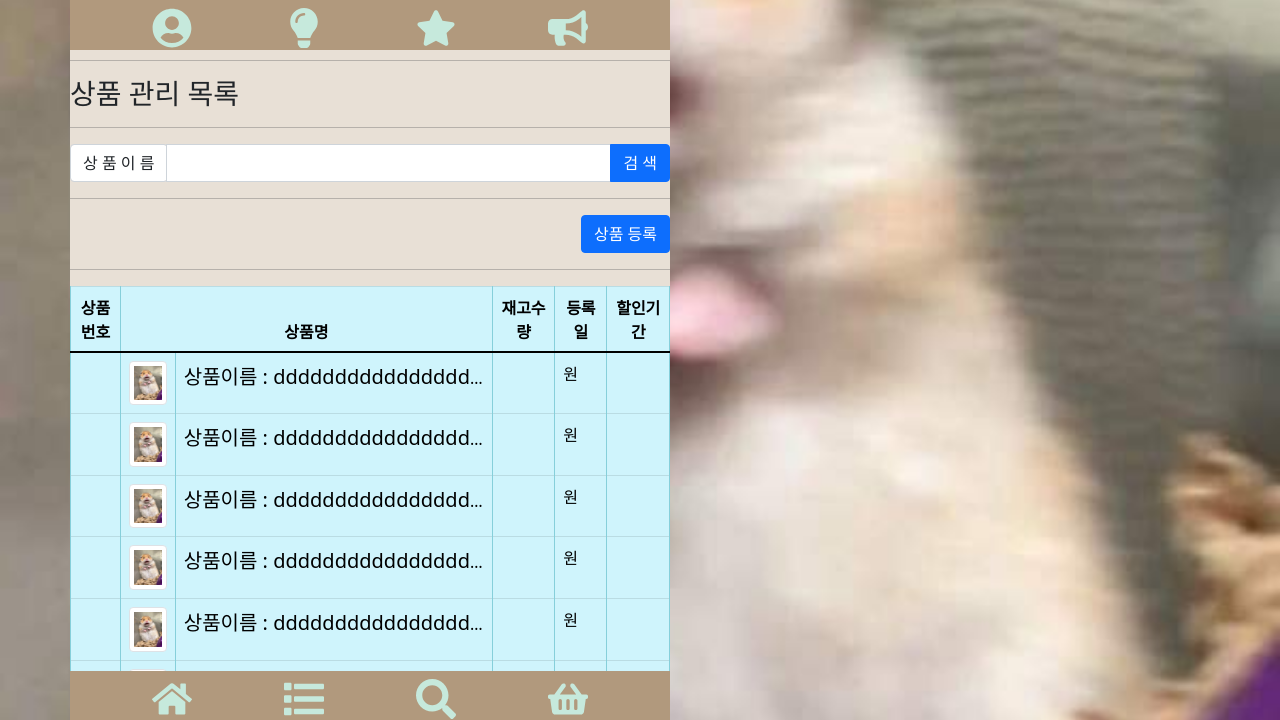
Repository: heegyu97/project
Page: http://localhost/0801_mvc2/WEB-INF/views/seller/productList.jsp
The author's editor kept a copy of each file at every save. The page is drawn from the files as they stood at one save, then again after a run of saves.
The browser window is 1280 px wide. The pictures show the whole page.
An inner scrolling area shows only its first screen. Some web libraries are served in a nearby version. The page is served by Tomcat 9. Nobody is signed in. Other server files are loaded and not shown. The template is opened directly, without the code that normally fills it, so the values that code supplies are empty.

Above is the page before, as saved 2022-08-11 08:35:01.

### 0801_mvc2/src/main/webapp/WEB-INF/views/seller/productList.jsp
<%@ page language="java" contentType="text/html; charset=UTF-8"
    pageEncoding="UTF-8"%>
<%@ taglib uri="http://java.sun.com/jsp/jstl/core" prefix="c" %>
<html>
	<head>
		<meta charset="UTF-8">
		<title> 상품 목록 </title>
		<script src="https://ajax.googleapis.com/ajax/libs/jquery/3.6.0/jquery.min.js"></script>
		<%@ include  file ="/WEB-INF/views/style_link.jsp" %>
		<style type="text/css">
		div.pname{
			width: 300px;
			white-space: nowrap;
		 	overflow: hidden;
 			text-overflow: ellipsis;
		}
		a{
			text-decoration : none;
			color: black;
			font-size: 25px;
		}
		</style>
	</head>
	<body>
	<%@ include file="/WEB-INF/views/header.jsp" %>
		<hr>
		<h3> 상품 관리 목록 </h3>
		<hr>
		<form action="${pageContext.request.contextPath}/product/list" method="get">
			<div class="input-group">
				<div class="input-group-prepend">
					<select class="form-control" id="searchOption" name="searchOption">
						<option value="prdt_name"
							<c:if test="${search_dto.searchOption == 'prdt_name'}">selected="selected"</c:if>
						> 상 품 이 름 </option>
						<option value="mid"
							<c:if test="${search_dto.searchOption == 'mid'}">selected="selected"</c:if>
						> 판 매 자 </option>
					</select>
				</div>
				<input type="text" class="form-control" id="searchWord" name="searchWord"
						value="${search_dto.searchWord}">
				<div class="input-group-append">
					<button type="submit" class="btn btn-primary"> 검 색 </button>
				</div>
			</div>
		</form>
		<hr>
		<div class="clearfix">
			<a href="${pageContext.request.contextPath}/seller/form">
				<button class="btn btn-primary float-right"> 상품 등록 </button>
			</a>
		</div>
		<hr>
		<table class="table table-hover table-bordered table-info">
			<col class="col-1">
			<thead style="text-align: center;">
				<tr>
					<th>상품번호</th>	<th colspan="2">상품명</th>
					<th>재고수량</th> <th>등록일</th> <th>할인기간</th>
				</tr>
			</thead>
			<tbody>
<%-- 				<c:forEach var="dto" items="${list}"> --%>
				<c:forEach  begin="1" end="10">
					<tr onclick="location.href='${pageContext.request.contextPath}/guest/detail'" style="cursor: pointer">
						<td><%-- 상품번호 --%>
						</td>
						<td ><%-- 썸네일 ${dto.thumbnail_path} --%>
								<img src="${pageContext.request.contextPath}/resources/img/bg.jpeg"
									width="50px" height="50px" class="img-thumbnail ">
							</a>
						</td>
						<td>
							<div class="pname">
								<a href="${pageContext.request.contextPath}/guest/detail" style="font-size: 20px">
									상품이름 : ddddddddddddddddddddddddddddddd
								</a>
							</div>

						</td>
						<td>

							<a href="${pageContext.request.contextPath}/product/detail?prdt_no=${dto.prdt_no}">
								${dto.prdt_name}
							</a>
						</td>
						<td><%--  --%>
							${dto.sale_price} 원
						</td>
						<td>${dto.mid}</td>
					</tr>
				</c:forEach>
			</tbody>
		</table>
		<hr>
		<%-- 페이징 --%>
		<ul class="pagination">
			<c:if test="${startPageNum > 10}">
				<li class="page-item mx-auto">
					<a class="page-link"
						href="${pageContext.request.contextPath}/product/list?userWantPage=${startPageNum-1}&searchOption=${search_dto.searchOption}&searchWord=${search_dto.searchWord}">
						Previous
					</a>
				</li>
			</c:if>
			<c:forEach var="page_no" begin="${startPageNum}" end="${endPageNum}">
				<c:choose>
					<c:when test="${page_no == userWantPage}">
						<li class="page-item active mx-auto">
							<a class="page-link">${page_no}</a>
						</li>
					</c:when>
					<c:otherwise>
						<li class="page-item mx-auto">
							<a class="page-link"
								href="${pageContext.request.contextPath}/product/list?userWantPage=${page_no}&searchOption=${search_dto.searchOption}&searchWord=${search_dto.searchWord}">
								${page_no}
							</a>
						</li>
					</c:otherwise>
				</c:choose>
			</c:forEach>
			<c:if test="${lastPageNum > endPageNum}">
				<li class="page-item mx-auto">
					<a class="page-link"
						href="${pageContext.request.contextPath}/product/list?userWantPage=${endPageNum+1}&searchOption=${search_dto.searchOption}&searchWord=${search_dto.searchWord}">
						Next
					</a>
				</li>
			</c:if>
		</ul>
		<hr>
	<%@ include file="/WEB-INF/views/footer.jsp" %>
	</body>
</html>

### 0801_mvc2/src/main/webapp/WEB-INF/views/style_link.jsp
<%@ page language="java" contentType="text/html; charset=UTF-8"
    pageEncoding="UTF-8"%>
<%@ taglib uri="http://java.sun.com/jsp/jstl/core" prefix="c" %>

<script
	src="https://ajax.googleapis.com/ajax/libs/jquery/3.6.0/jquery.min.js"></script>
<link rel="stylesheet"
	href="https://cdn.jsdelivr.net/npm/bootstrap@4.6.1/dist/css/bootstrap.min.css">
<script
	src="https://cdn.jsdelivr.net/npm/popper.js@1.16.1/dist/umd/popper.min.js"></script>
<script
	src="https://cdn.jsdelivr.net/npm/bootstrap@4.6.1/dist/js/bootstrap.bundle.min.js"></script>
<!-- ckeditor -->
<script src="//cdn.ckeditor.com/4.19.0/full/ckeditor.js"></script>
<!-- bootstrap to icon -->
<script defer
	src="https://use.fontawesome.com/releases/v5.0.8/js/solid.js"
	integrity="sha384-+Ga2s7YBbhOD6nie0DzrZpJes+b2K1xkpKxTFFcx59QmVPaSA8c7pycsNaFwUK6l"
	crossorigin="anonymous"></script>
<script defer
	src="https://use.fontawesome.com/releases/v5.0.8/js/fontawesome.js"
	integrity="sha384-7ox8Q2yzO/uWircfojVuCQOZl+ZZBg2D2J5nkpLqzH1HY0C1dHlTKIbpRz/LG23c"
	crossorigin="anonymous"></script>
<link
	href="https://cdn.jsdelivr.net/npm/bootstrap@5.0.2/dist/css/bootstrap.min.css"
	rel="stylesheet"
	integrity="sha384-EVSTQN3/azprG1Anm3QDgpJLIm9Nao0Yz1ztcQTwFspd3yD65VohhpuuCOmLASjC"
	crossorigin="anonymous">
<!-- main 기준 공용 -->
<link rel="stylesheet"
	href= "${pageContext.request.contextPath}/resources/E1I3/CSS/style_share.css">
<!-- nav 버튼 사이 거리 조정 -->
<link rel="stylesheet"
	href="${pageContext.request.contextPath}/resources/E1I3/CSS/style_hf.css">

<!-- 0811에 추가 -->
<%@ taglib prefix="fmt" uri="http://java.sun.com/jsp/jstl/fmt" %>

### 0801_mvc2/src/main/webapp/WEB-INF/views/header.jsp
<%@ page language="java" contentType="text/html; charset=UTF-8"
	pageEncoding="UTF-8"%>
<%@ taglib uri="http://java.sun.com/jsp/jstl/core" prefix="c"%>
<div class="container">
	<div class="row">
		<div id="aaa" class="col-lg-6 ">
			<iframe id="bbb" name="adver-frame"
				src="${pageContext.request.contextPath}/adver"></iframe>
		</div>


		<!-- 화면 나누기 :home 화면 오른쪽 : iframe to main -->
		<div id="ccc" class="col-lg-6">
			<!-- footer col6 -->
			<div class="nav">
				<!-- MENU -->
				<section class="servics">
					<div class="icons">
						<div class="child icon1">
							<a class="nav-link" href="${pageContext.request.contextPath}/loginform">
								<i class="fa fa-user-circle" style="width:40px; height:40px; color: #C6E9DC" ></i>
							</a>
						</div>
						<div class="child icon2">
							<a class="nav-link" href="${pageContext.request.contextPath}/tip/tip">
								<i class="fa fa-lightbulb" style="width:40px; height:40px; color: #C6E9DC" ></i>
							</a>
						</div>
						<div class="child icon3">
							<a class="nav-link" href="${pageContext.request.contextPath}/home">
								<i class="fa fa-star" style="width:40px; height:40px; color: #C6E9DC" ></i>
							</a>
						</div>
						<div class="child icon4">
							<a class="nav-link"
								href="${pageContext.request.contextPath}/home"> <i
								class="fa fa-bullhorn" style="width:40px; height:40px; color: #C6E9DC" ></i>
							</a>
						</div>
					</div>
				</section>

			</div>
			<main>
				<!-- 여백 -->
				<h3 style="margin-bottom: 60px"></h3>

### 0801_mvc2/src/main/webapp/WEB-INF/views/footer.jsp
<%@ page language="java" contentType="text/html; charset=UTF-8"
	pageEncoding="UTF-8"%>
<h3 style="margin-top: 60px"></h3>
</main>
<div class="nav" style="bottom: -1px;">
	<!-- MENU -->
	<section class="servics">
		<div class="icons">
			<div class="child icon1">
				<a class="nav-link" href="${pageContext.request.contextPath}/home">
				   <i class="fa fa-home"  style="width:40px; height:40px; color: #C6E9DC" ></i>
				</a>
			</div>
			<div class="child icon2">
				<a class="nav-link" href="${pageContext.request.contextPath}/home">
					<i class="fa fa-list"  style="width:40px; height:40px; color: #C6E9DC" ></i>
				</a>
			</div>
			<div class="child icon3">
				<a class="nav-link" href="${pageContext.request.contextPath}/home">
					<i class="fa fa-search"  style="width:40px; height:40px; color: #C6E9DC" ></i>
				</a>
			</div>
			<div class="child icon4">
				<a class="nav-link" href="${pageContext.request.contextPath}/home">
					<i class="fa fa-shopping-basket"  style="width:40px; height:40px; color: #C6E9DC" ></i>
				</a>
			</div>
		</div>
	</section>

</div>
</div>
<!-- col6 -->
</div>
<!-- row  -->
</div>
<!-- contain  -->

### 0801_mvc2/src/main/webapp/resources/E1I3/CSS/style_share.css
@charset "UTF-8";

.servics{
   width: 100%;
   text-align: center;
}
.icons{
	display: flex;
	justify-content: center;
}
.child{
	text-align: center;
}

main{
	width : 600px;
}
.nav{
		display : inline-block;
		width : 600px;
		height : 50px;
		z-index: 2;
		background-color: #B1997D;
		position: fixed;

}
main{
	width : 600px;
}

body{
	background-image: url('${pageContext.request.contextPath}/resources/img/bg.jpeg');
	background-repeat: no-repeat;
 	background-position: center;
	background-size: cover;
}


#adver-frame {width : 100%;height : 100%}
	@media only screen and (max-width : 1400px ){
	#aaa{
		display: none;
	}

}


#ccc{
	display : inline-block;
  	height: 100vh;
  	background-color : #E8E0D6;
}

::-webkit-scrollbar {
	display: none;
}


#bbb,#ccc {

  	padding: 0px;
  	margin: 0px;
 	overflow: auto;
	width: 600px;
	min-width: 600px;
}
#bbb {
	list-style-type: none;
  	height: 100%;
 	position: fixed;
}

### 0801_mvc2/src/main/webapp/resources/E1I3/CSS/style_hf.css
@charset "UTF-8";

.icon1, .icon2, .icon3{
	margin-right: 10%;
}

After the next 3 saves:
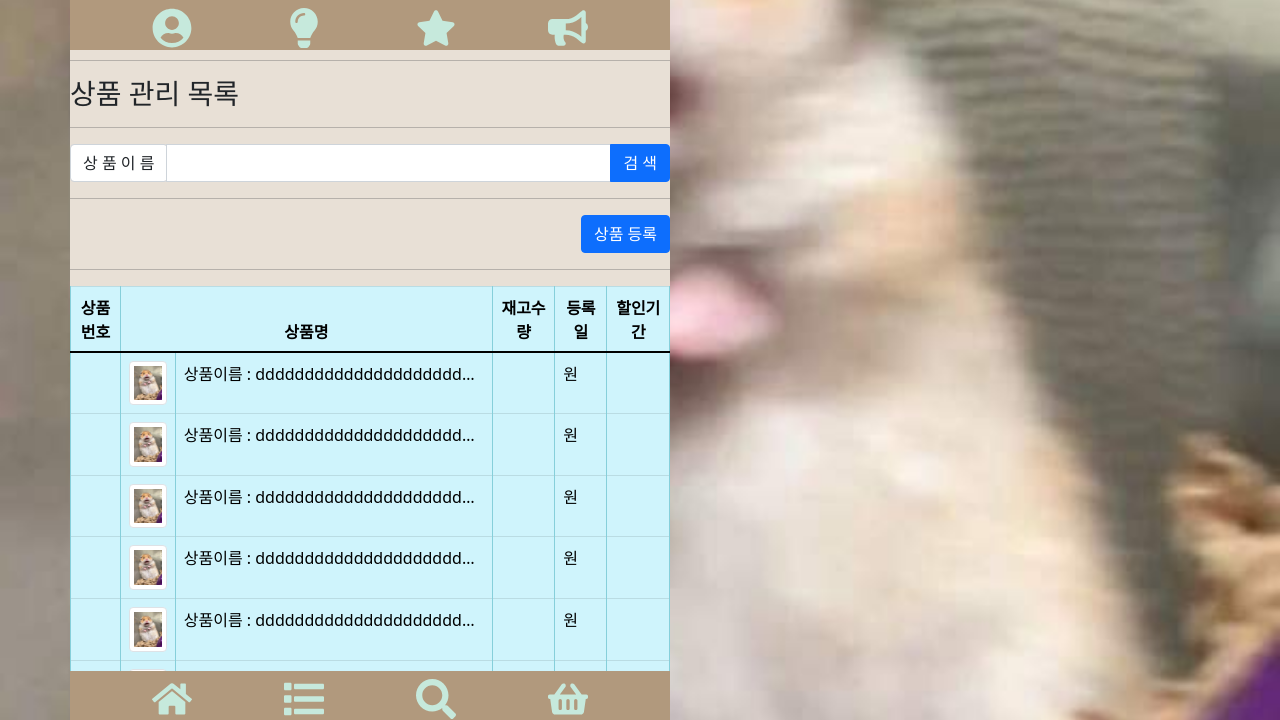
The 3 saves are shown as one change because they came seconds apart.
The last was saved 69 s later.
--- a/0801_mvc2/src/main/webapp/WEB-INF/views/seller/productList.jsp
+++ b/0801_mvc2/src/main/webapp/WEB-INF/views/seller/productList.jsp
@@ -73,9 +73,7 @@
 						</td>
 						<td>
 							<div class="pname">
-								<a href="${pageContext.request.contextPath}/guest/detail" style="font-size: 20px">
 									상품이름 : ddddddddddddddddddddddddddddddd
-								</a>
 							</div>
 
 						</td>
